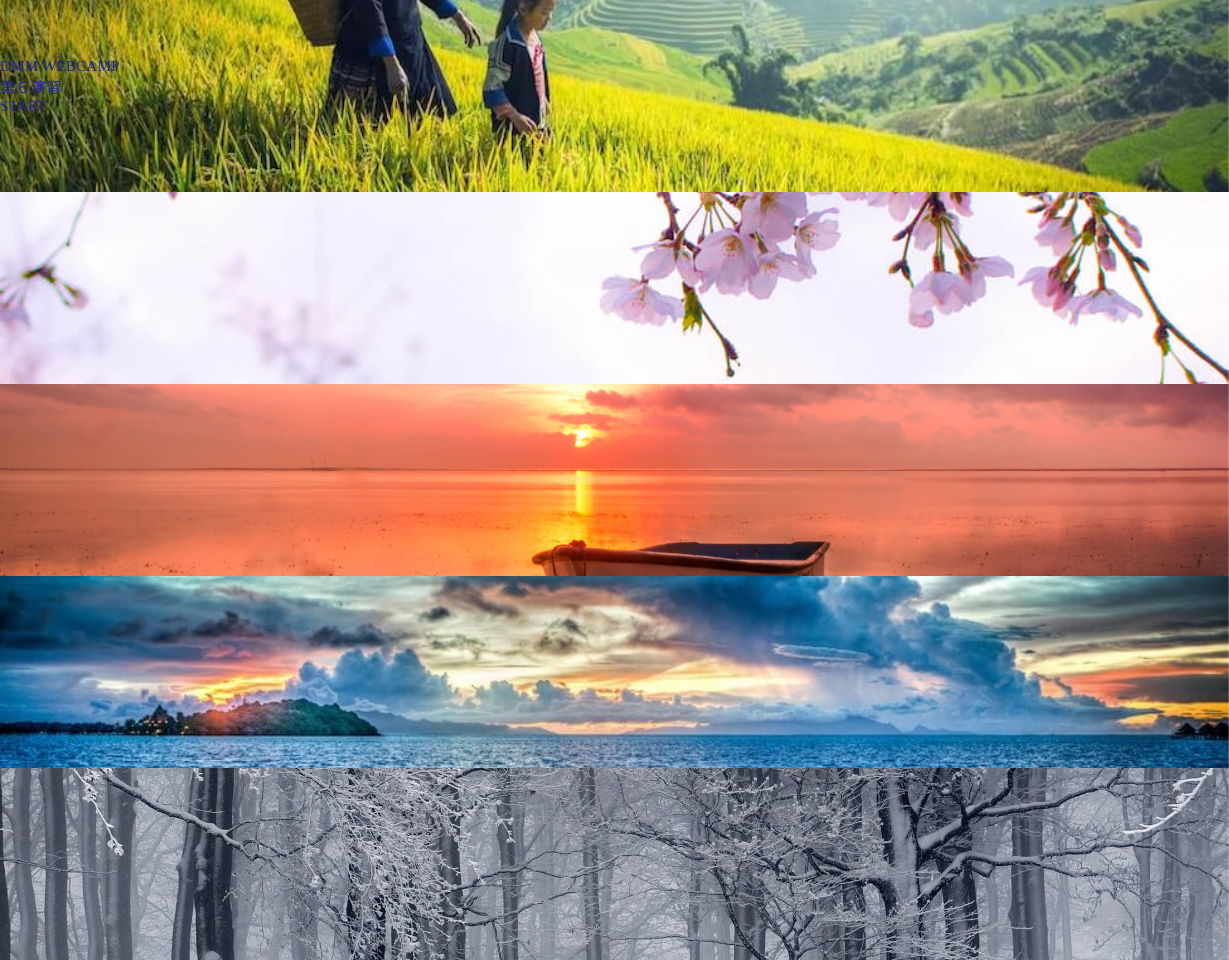
Repository: daisuketoyota/dmmwebxamp-toyota
Page: infratop/index.html
The author's editor kept a record of every edit. The page is drawn from the files as they stood at one moment, then again after the next edit.
The browser window is 1280 px wide. The pictures show the whole page, at 96% of full size.

Above is the page before.

### infratop/index.html
<!DOCTYPE html>
<html lang="jp">
    <head>
       <meta charset="UTF-8" />
       <link rel="stylesheet" href="style.css" type="text/css" />
       <title>第６演習</title>
    </head>

    <body>
        <div class="dmm">
            <p class="dmmtext">
            DMM WEBCAMP<br />
            第６演習<br />
            START
            </p>
        </div>
        <div class="asia"></div>
        <div class="asia2"></div>
        <div class="asia3"></div>
        <div class="asia4"></div>
    </body>
</html>

### infratop/style.css
* {
  margin: 0;
  padding: 0;
  box-sizing: border-box;
  color: #6c6b6b;
}

.dmm{
    height:200px;
    background-image: url(img/asia.jpg);
    background-size: cover;
    background-position: center;
    padding-top: 60px; /* 上側の内側余白で垂直方向の位置を調整 */
}

.dmmtext{
    color: #229;
    text-align: left; /* 文字を中央揃えにする */
}

.asia{
  height: 200px;
  background-image: url(img/japan.jpg);
  background-size: cover;
  background-position: center;
}

.asia2{
    height: 200px;
  background-image: url(img/sunset.jpg);
  background-size: cover;
  background-position: center;
}

.asia3{
    height: 200px;
  background-image: url(img/mv.jpg);
  background-size: cover;
  background-position: center;
}

.asia4{
    height: 200px;
  background-image: url(img/snow.jpg);
  background-size: cover;
  background-position: center;
}

After the next edit:
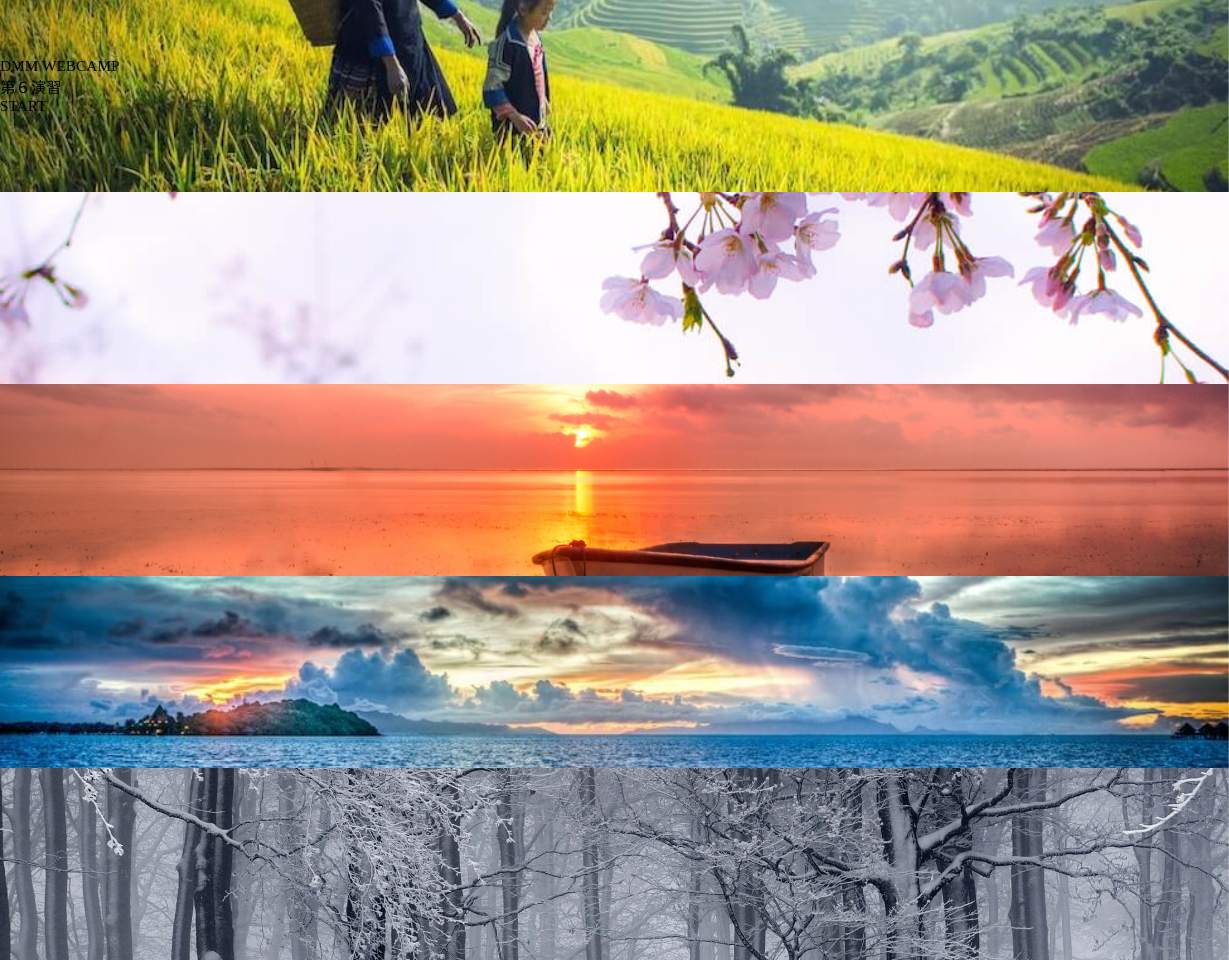
The edit:
--- a/infratop/style.css
+++ b/infratop/style.css
@@ -14,7 +14,7 @@
 }
 
 .dmmtext{
-    color: #229;
+    color: black;
     text-align: left; /* 文字を中央揃えにする */
 }
 
